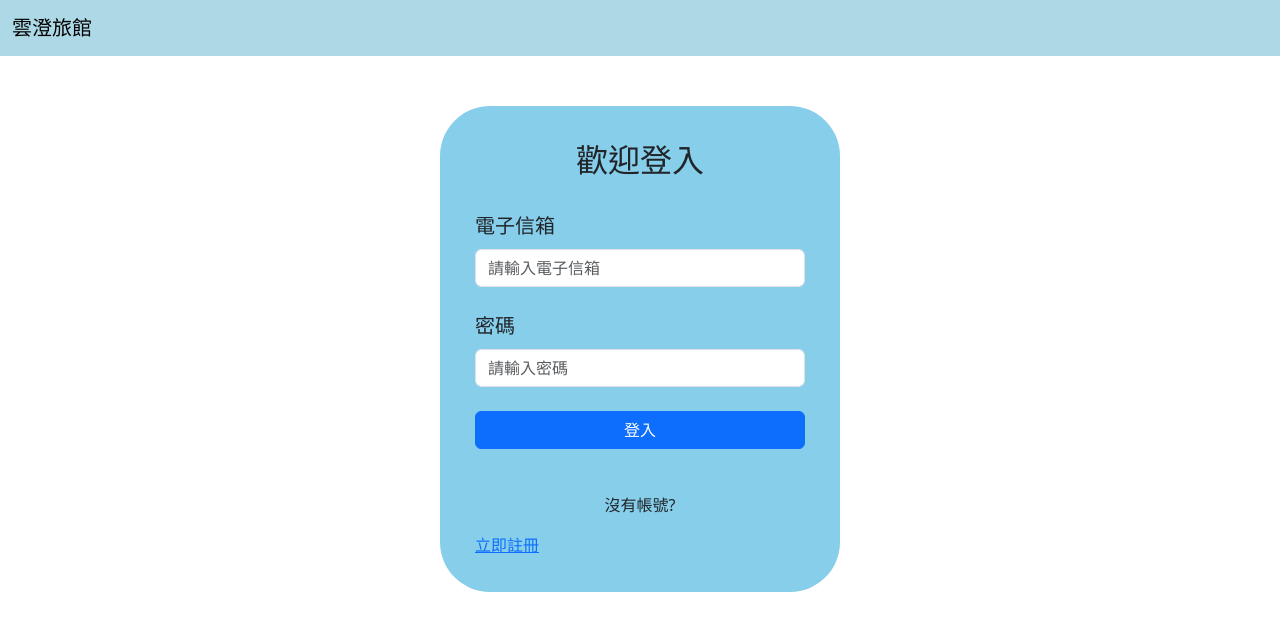
Repository: f97022/EEIT90
Page: http://localhost/CloudSerenityHotel/static/login.jsp
These files come from the project's save history. The page is drawn as it stood at one moment and after the next save; the edit follows.
The browser window is 1280 px wide. The pictures show the whole page.
The page is served by Tomcat 10. Nobody is signed in. The application's start-up code is not run. Other server files are loaded and not shown.

Above is the page before, as saved 2024-11-24 10:01:14.

### project/CloudSerenityHotel/src/main/webapp/static/login.jsp
<%@ page language="java" contentType="text/html; charset=UTF-8"
	pageEncoding="UTF-8"%>
<!DOCTYPE html>
<html lang="zh-tw">

<head>
	<meta charset="UTF-8" />
	<meta name="viewport" content="width=device-width, initial-scale=1.0" />
	<title>雲澄旅館-登入會員</title>
	<link href="https://cdn.jsdelivr.net/npm/bootstrap@5.3.3/dist/css/bootstrap.min.css" rel="stylesheet"
		integrity="sha384-QWTKZyjpPEjISv5WaRU9OFeRpok6YctnYmDr5pNlyT2bRjXh0JMhjY6hW+ALEwIH" crossorigin="anonymous" />
	<link rel="stylesheet" href="https://cdnjs.cloudflare.com/ajax/libs/font-awesome/6.7.1/css/all.min.css">
	<style>
		.login {
			margin: auto;
			padding: 50px 0;
			display: flex;
			justify-content: center;
		}

		.loginform {
			padding: 35px 35px;
			width: 400px;
			display: block;
			border-radius: 50px;
			background-color: skyblue;
		}

		.nav-bgc {
			background-color: lightblue;
		}

		#errorMessage {
			padding: 10px 0;
			margin: 0;
			color: #c70000;
			font-weight: bold;
			visibility: hidden;
			text-align: center;
		}
	</style>
</head>

<body>
	<nav class="navbar navbar-light nav-bgc">
		<div class="container-fluid">
			<a class="navbar-brand" href="#">雲澄旅館</a>
		</div>
	</nav>
	<div class="login container">
		<form class="loginform" method="post" action="/user/login">
			<center>
				<h2>歡迎登入</h2>
			</center>
			<br /> <label for="Email" class="form-label fs-5">電子信箱</label> <input type="email" class="form-control" id="Email"
				placeholder="請輸入電子信箱" required /> <br /> <label for="Password" class="form-label fs-5">密碼</label>
			<input type="password" class="form-control" id="Password" placeholder="請輸入密碼" minlength="8" maxlength="64"
				required /> <br />
			<div class="d-grid gap-2 mx-auto">
				<button type="submit" class="btn btn-primary">登入</button>
			</div>
			<p id="errorMessage">
				<i class="fa-solid fa-circle-xmark"></i>
				<%
				String errorMessage = (String) request.getAttribute("errorMessage");
				if (errorMessage != null) {
					out.print(errorMessage);
				}
				%>
			</p>
			<p style='text-align: center'>沒有帳號? </p><a href="register.html">立即註冊</a>
		</form>
	</div>

	<script src="https://cdn.jsdelivr.net/npm/bootstrap@5.3.3/dist/js/bootstrap.bundle.min.js"
		integrity="sha384-YvpcrYf0tY3lHB60NNkmXc5s9fDVZLESaAA55NDzOxhy9GkcIdslK1eN7N6jIeHz" crossorigin="anonymous">
	</script>
	<script src="https://code.jquery.com/jquery-3.7.1.js" integrity="sha256-eKhayi8LEQwp4NKxN+CfCh+3qOVUtJn3QNZ0TciWLP4="
		crossorigin="anonymous"></script>
	<script>
		$(document).ready(function () {
			showErrorMsg(); // 在頁面加載時執行
		});

		function showErrorMsg() {
			let msg = $('#errorMessage').text().trim(); // 取得錯誤訊息
			if (msg.length > 0) { // 如果訊息不為空，顯示錯誤訊息
				$('#errorMessage').css('visibility', 'visible');
			} else { // 如果沒有訊息，隱藏錯誤訊息
				$('#errorMessage').css('visibility', 'hidden');
			}
		}
	</script>
</body>

</html>

After the next save:
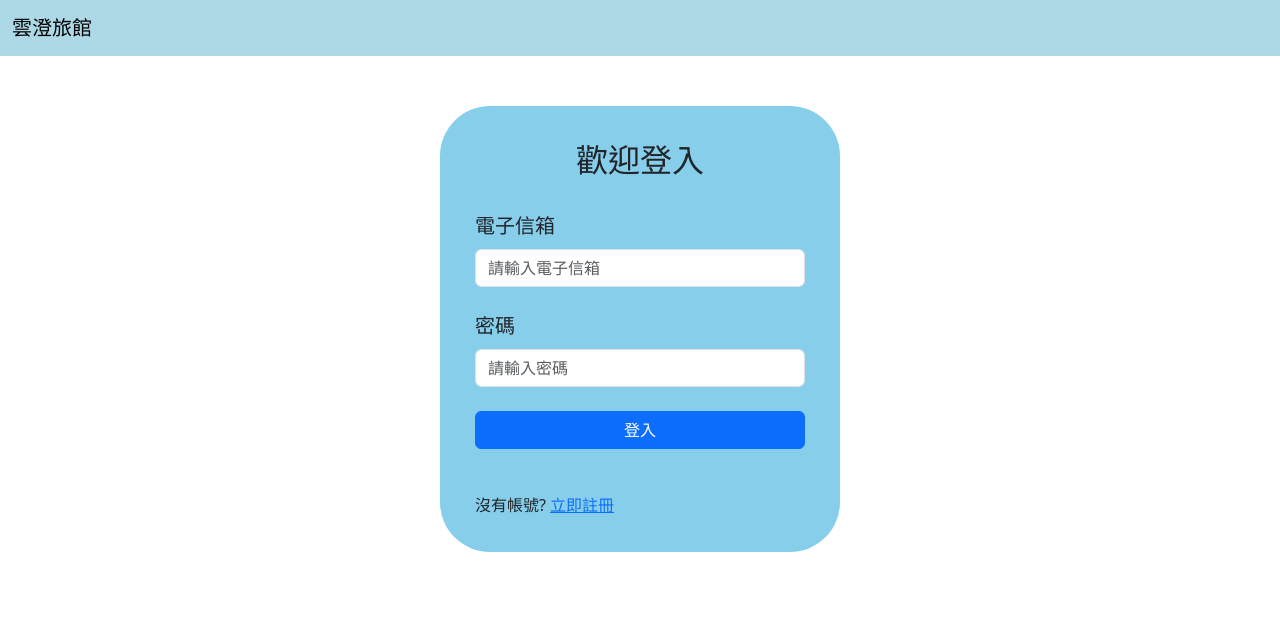
Saved 50 s later.
--- a/project/CloudSerenityHotel/src/main/webapp/static/login.jsp
+++ b/project/CloudSerenityHotel/src/main/webapp/static/login.jsp
@@ -68,7 +68,7 @@
 				}
 				%>
 			</p>
-			<p style='text-align: center'>沒有帳號? </p><a href="register.html">立即註冊</a>
+			<span style='text-align: center'>沒有帳號? </span><a href="register.html">立即註冊</a>
 		</form>
 	</div>
 
